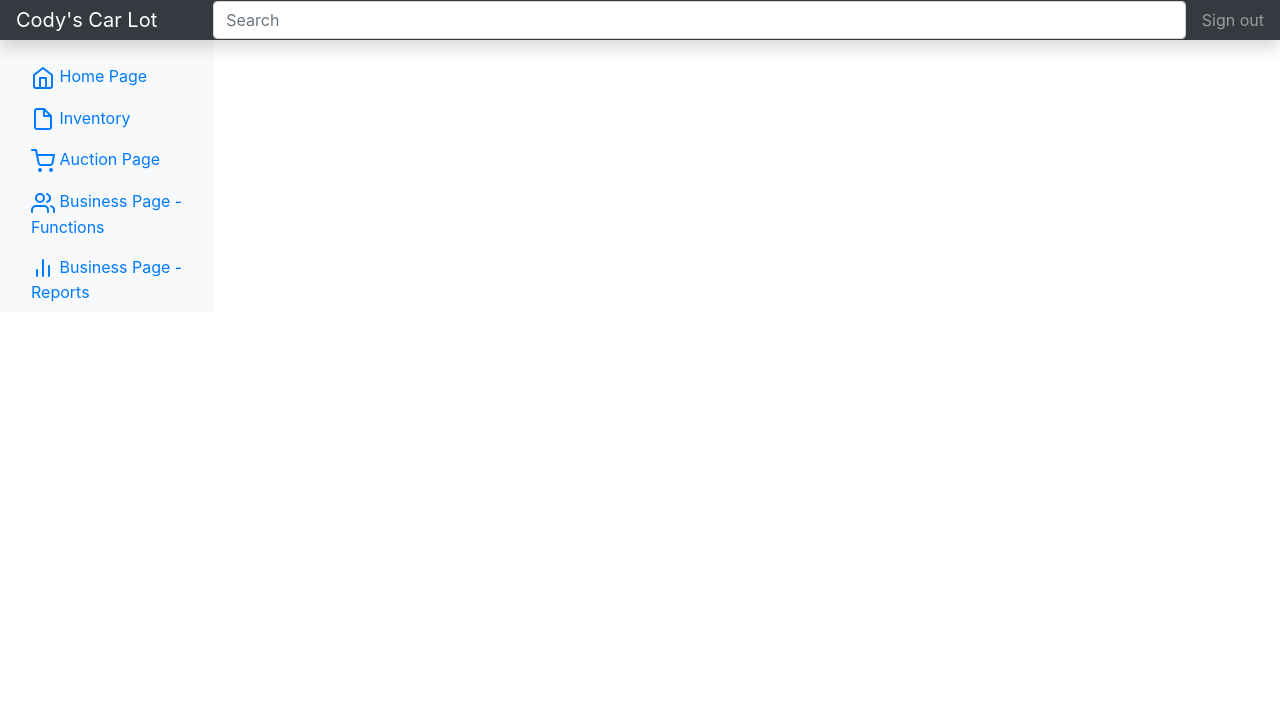
Repository: CodyHogge/CarDealershipProject
Page: http://localhost/CarDealershipProject/booted_functions.jsp
An editor plug-in stored every save of this project. The page is shown before and after the next save, followed by the edit.
The browser window is 1280 px wide. The pictures show the whole page.
The page is served by Tomcat 9. Other server files are loaded and not shown.

Above is the page before, as saved 2020-09-16 15:54:05.

### CarDealershipProject/WebContent/booted_functions.jsp
<%@ taglib prefix="c" uri="http://java.sun.com/jsp/jstl/core" %>
<%@ page language="java" contentType="text/html; charset=ISO-8859-1"
    pageEncoding="ISO-8859-1"%>
<!DOCTYPE html>
<html>
<head>
<meta charset="ISO-8859-1">
<title>Cody's Car Lot</title>
<link rel="stylesheet" href="https://stackpath.bootstrapcdn.com/bootstrap/4.5.2/css/bootstrap.min.css" integrity="sha384-JcKb8q3iqJ61gNV9KGb8thSsNjpSL0n8PARn9HuZOnIxN0hoP+VmmDGMN5t9UJ0Z" crossorigin="anonymous">
<link rel="stylesheet" href="./styles/styles.css">
</head>
<body>
<nav class="navbar navbar-dark sticky-top bg-dark flex-md-nowrap p-0 shadow">
  <a class="navbar-brand col-md-3 col-lg-2 mr-0 px-3" href="#">Cody's Car Lot</a>
  <button class="navbar-toggler position-absolute d-md-none collapsed" type="button" data-toggle="collapse" data-target="#sidebarMenu" aria-controls="sidebarMenu" aria-expanded="false" aria-label="Toggle navigation">
    <span class="navbar-toggler-icon"></span>
  </button>
  <input class="form-control form-control-dark w-100" type="text" placeholder="Search" aria-label="Search">
  <ul class="navbar-nav px-3">
    <li class="nav-item text-nowrap">
      <a class="nav-link" href="#">Sign out</a>
    </li>
  </ul>
</nav>
<div class="container-fluid">
  <div class="row">
    <nav id="sidebarMenu" class="col-md-3 col-lg-2 d-md-block bg-light sidebar collapse show" style="">
      <div class="sidebar-sticky pt-3">
        <ul class="nav flex-column">
          <li class="nav-item">
            <a class="nav-link active" href="booted_home.jsp">
              <svg xmlns="http://www.w3.org/2000/svg" width="24" height="24" viewBox="0 0 24 24" fill="none" stroke="currentColor" stroke-width="2" stroke-linecap="round" stroke-linejoin="round" class="feather feather-home"><path d="M3 9l9-7 9 7v11a2 2 0 0 1-2 2H5a2 2 0 0 1-2-2z"></path><polyline points="9 22 9 12 15 12 15 22"></polyline></svg>
              Home Page
            </a>
          </li>
          <li class="nav-item">
            <a class="nav-link" href="booted_inventory.jsp">
              <svg xmlns="http://www.w3.org/2000/svg" width="24" height="24" viewBox="0 0 24 24" fill="none" stroke="currentColor" stroke-width="2" stroke-linecap="round" stroke-linejoin="round" class="feather feather-file"><path d="M13 2H6a2 2 0 0 0-2 2v16a2 2 0 0 0 2 2h12a2 2 0 0 0 2-2V9z"></path><polyline points="13 2 13 9 20 9"></polyline></svg>
              Inventory
            </a>
          </li>
          <li class="nav-item">
            <a class="nav-link" href="booted_auction.jsp">
              <svg xmlns="http://www.w3.org/2000/svg" width="24" height="24" viewBox="0 0 24 24" fill="none" stroke="currentColor" stroke-width="2" stroke-linecap="round" stroke-linejoin="round" class="feather feather-shopping-cart"><circle cx="9" cy="21" r="1"></circle><circle cx="20" cy="21" r="1"></circle><path d="M1 1h4l2.68 13.39a2 2 0 0 0 2 1.61h9.72a2 2 0 0 0 2-1.61L23 6H6"></path></svg>
              Auction Page
            </a>
          </li>
          <li class="nav-item">
            <a class="nav-link" href="booted_functions.jsp">
              <svg xmlns="http://www.w3.org/2000/svg" width="24" height="24" viewBox="0 0 24 24" fill="none" stroke="currentColor" stroke-width="2" stroke-linecap="round" stroke-linejoin="round" class="feather feather-users"><path d="M17 21v-2a4 4 0 0 0-4-4H5a4 4 0 0 0-4 4v2"></path><circle cx="9" cy="7" r="4"></circle><path d="M23 21v-2a4 4 0 0 0-3-3.87"></path><path d="M16 3.13a4 4 0 0 1 0 7.75"></path></svg>
              Business Page - Functions <span class="sr-only">(current)</span>
            </a>
          </li>
          <li class="nav-item">
            <a class="nav-link" href="booted_reports.jsp">
              <svg xmlns="http://www.w3.org/2000/svg" width="24" height="24" viewBox="0 0 24 24" fill="none" stroke="currentColor" stroke-width="2" stroke-linecap="round" stroke-linejoin="round" class="feather feather-bar-chart-2"><line x1="18" y1="20" x2="18" y2="10"></line><line x1="12" y1="20" x2="12" y2="4"></line><line x1="6" y1="20" x2="6" y2="14"></line></svg>
              Business Page - Reports
            </a>
          </li>
        </ul>
      </div>
    </nav>
  </div>
</div>
</body>
</html>

### CarDealershipProject/WebContent/styles/styles.css
.top-banner{
	font-variant: small-caps;
	font-size: 16pt;
	border-style: dotted;
	border-right-width: 1px;
	border-left-width: 1px;
	border-top-width: 1px;
	border-bottom-width: 1px;
	border-color: black;
	background-color: #d5d5d5;
	color: orange;
}

.avail-cars{
	margin: 15px;
	background-color: #d5d5d5;
	border-style: solid;
	border-right-width: 1px;
	border-left-width: 1px;
	border-top-width: 1px;
	border-bottom-width: 1px;
	border-color: black;
}

.avail-cars.td{
	background-color: gray;
	border-style: solid;
	border-right-width: 2px;
	border-left-width: 2px;
	border-top-width: 2px;
	border-bottom-width: 2px;
	border-color: black;
}

.sold-cars{
	margin: 15px;
	background-color: #d5d5d5;
	border-style: solid;
	border-right-width: 1px;
	border-left-width: 1px;
	border-top-width: 1px;
	border-bottom-width: 1px;
	border-color: black;
}

.h4{
	margin: 10px;
	font-variant: small-caps;
}

After the next save:
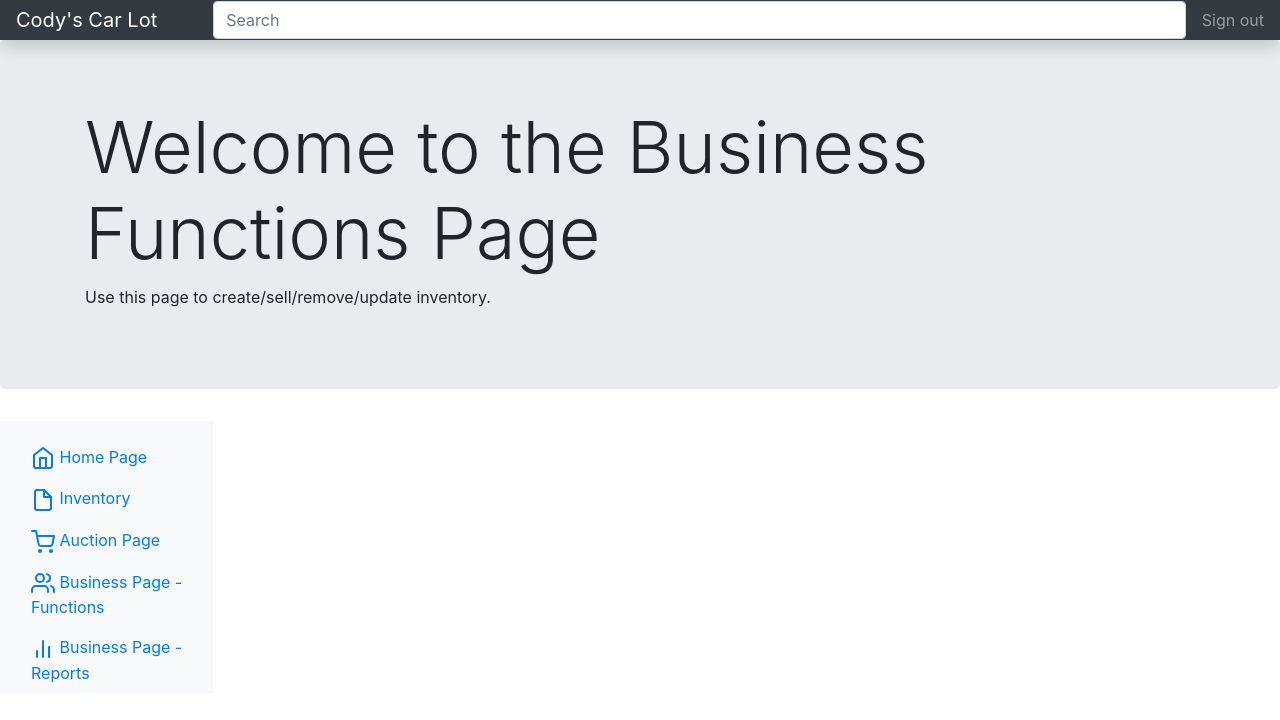
Saved 89 s later.
--- a/CarDealershipProject/WebContent/booted_functions.jsp
+++ b/CarDealershipProject/WebContent/booted_functions.jsp
@@ -22,6 +22,16 @@
     </li>
   </ul>
 </nav>
+
+	<div class="jumbotron">
+    <div class="container">
+      <h1 class="display-3">Welcome to the Business Functions Page</h1>
+      <p>Use this page to create/sell/remove/update inventory.</p>
+    </div>
+  	</div>
+
+
+
 <div class="container-fluid">
   <div class="row">
     <nav id="sidebarMenu" class="col-md-3 col-lg-2 d-md-block bg-light sidebar collapse show" style="">
